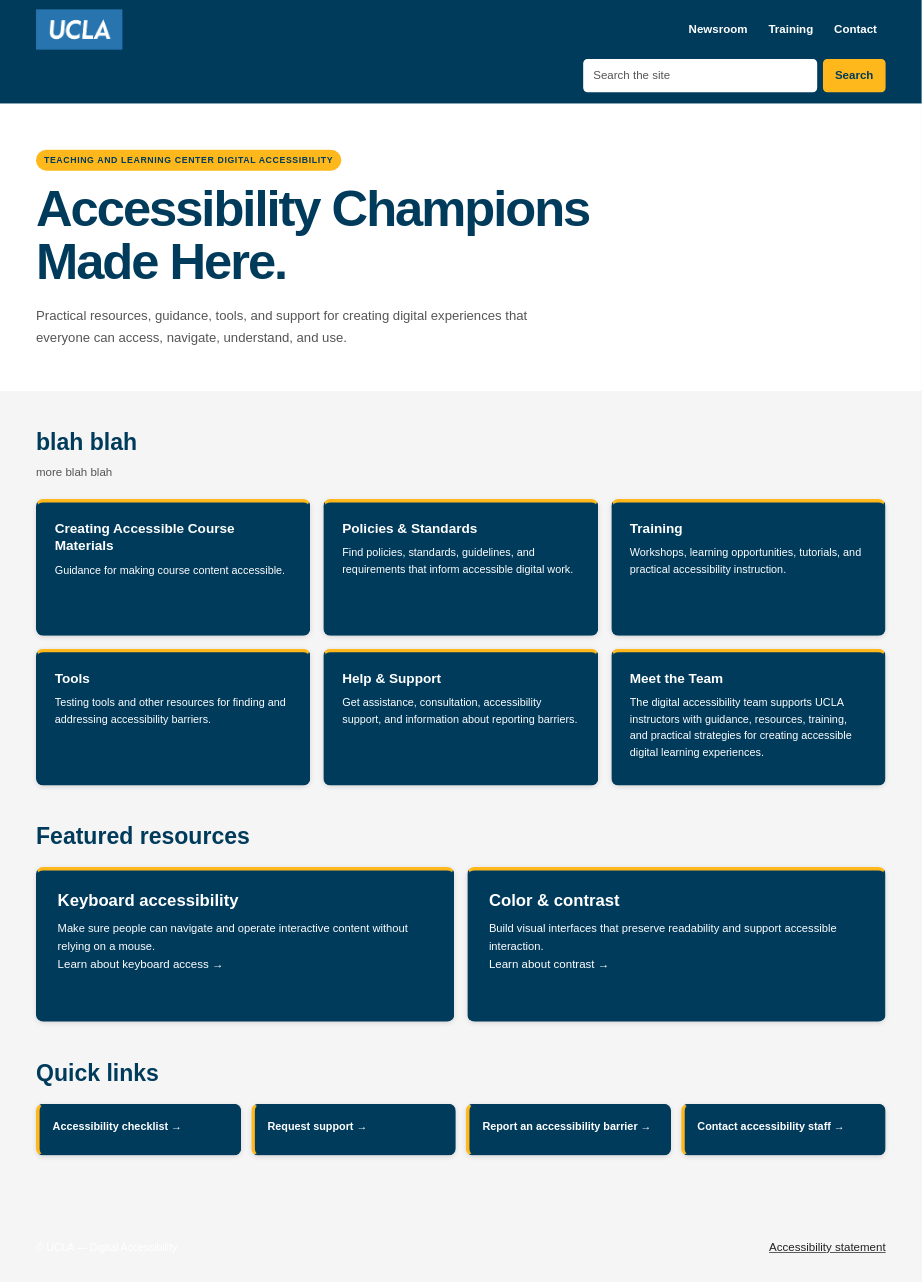
Repository: PSunnywell/UCLA-A11y-barrier-page
Page: index.html
The author's editor kept a copy of each file at every save. The page is drawn from the files as they stood at one save, then again after the next save.
The browser window is 1280 px wide. The pictures show the whole page, at 72% of full size.

Above is the page before, as saved 2026-10-13 15:54:50.
Not found: search.js

### index.html
<!DOCTYPE html>
<html lang="en">
<head>
  <meta charset="UTF-8">
  <meta name="viewport" content="width=device-width, initial-scale=1.0">
  <meta name="description" content="Use these resources to build accessible teaching and learning materials.">
  <title>Accessibility Resources</title>
  <link rel="stylesheet" href="styles.css">
</head>
<body>
  <a class="skip-link" href="#main-content">Skip to main content</a>

  <header class="site-header">
    <div class="header-inner">
      <a class="site-brand" href="ucla.edu" aria-label="UCLA home">
        <img class="site-brand-logo" src="images/logo_UCLA_blue_boxed.png" alt="UCLA">

      </a>
      <nav class="primary-nav" aria-label="Primary navigation">
        <ul>

          <li><a href="https://newsroom.ucla.edu/">Newsroom</a></li>
          <li><a href="training.html">Training</a></li>
          <li><a href="contact.html">Contact</a></li>
        </ul>
      </nav>
    </div>

    <div class="site-search-row">
      <search class="site-search" role="search">
        <form action="search.html" method="get">
          <label for="site-search-input">Search the site</label>
          <input id="site-search-input" name="q" type="search" placeholder="Search the site" autocomplete="off">
          <button type="submit">Search</button>
        </form>
      </search>
    </div>
  </header>


  <!-- =======================================================
       HERO
       ======================================================= -->

  <section class="hero" aria-labelledby="page-title">

    <div class="hero-inner">

      <span class="eyebrow">
        Teaching and Learning Center Digital Accessibility
      </span>

      <h1 id="page-title">
        Accessibility Champions Made Here.
      </h1>

      <p>
        Practical resources, guidance, tools, and support
        for creating digital experiences that everyone can
        access, navigate, understand, and use.
      </p>

    </div>

  </section>


  <!-- =======================================================
       MAIN
       ======================================================= -->

  <main id="main-content">


    <!-- =====================================================
         PRIMARY RESOURCE CARDS
         ===================================================== -->

    <section aria-labelledby="resources-heading">

      <div class="section-heading">

        <h2 id="resources-heading">
          blah blah
        </h2>

        <p>
         more blah blah
        </p>

      </div>


      <div class="card-grid">

        <!-- CARD 1 -->
        <a
          class="resource-card is-dark"
          href="accessible-course-materials1004.html"
        >
          <h3>
            Creating Accessible Course Materials
          </h3>

          <p>
            Guidance for making course content accessible.
          </p>
        </a>



        <!-- CARD 2 -->
        <a
          class="resource-card is-dark"
          href="policies.html"
        >

          <h3>
            Policies & Standards
          </h3>

          <p>
            Find policies, standards, guidelines, and
            requirements that inform accessible digital work.
          </p>
        </a>


        <!-- CARD 3 -->
        <a
          class="resource-card is-dark"
          href="training.html"
        >
          <h3>
            Training
          </h3>

          <p>
            Workshops, learning opportunities, tutorials,
            and practical accessibility instruction.
          </p>
        </a>


        <!-- CARD 4 -->
        <a
          class="resource-card is-dark"
          href="tools.html"
        >
          <h3>
            Tools
          </h3>

          <p>
            Testing tools and other resources for finding
            and addressing accessibility barriers.
          </p>
        </a>


        <!-- CARD 5 -->
        <a
          class="resource-card is-dark"
          href="support.html" >
          <h3>
            Help & Support
          </h3>

          <p>
            Get assistance, consultation, accessibility
            support, and information about reporting barriers.
          </p>
        </a>

         <!-- CARD 6 -->
        <a
          class="resource-card is-dark"
          href="meet-the-team-wide-cards.html"
        >
          <h3>
            Meet the Team
          </h3>

          <p>
            The digital accessibility team supports UCLA instructors with guidance, resources, training, and practical strategies for creating accessible digital learning experiences.
          </p>
        </a>



      </div>

    </section>
<br>
<br>

    <!-- =====================================================
         FEATURED CONTENT
         ===================================================== -->

    <section aria-labelledby="featured-heading">

      <div class="section-heading">

        <h2 id="featured-heading">
          Featured resources
        </h2>

      </div>


      <div class="feature-grid">


        <a
          class="feature-card blue"
          href="keyboard-accessibility.html"
        >

          <h3>
            Keyboard accessibility
          </h3>

          <p>
            Make sure people can navigate and operate
            interactive content without relying on a mouse.
          </p>

          <span class="card-arrow" aria-hidden="true">
            Learn about keyboard access →
          </span>

        </a>


        <a
          class="feature-card gold"
          href="color-contrast.html"
        >

          <h3>
            Color & contrast
          </h3>

          <p>
            Build visual interfaces that preserve
            readability and support accessible interaction.
          </p>

          <span class="card-arrow" aria-hidden="true">
            Learn about contrast →
          </span>

        </a>

      </div>

    </section>
<br>
<br>

    <!-- =====================================================
         QUICK LINKS
         ===================================================== -->

    <section aria-labelledby="quick-heading">

      <div class="section-heading">

        <h2 id="quick-heading">
          Quick links
        </h2>

      </div>


      <div class="quick-links">

        <a
          class="quick-link"
          href="checklist.html"
        >
          Accessibility checklist →
        </a>

        <a
          class="quick-link"
          href="request-support.html"
        >
          Request support →
        </a>

        <a
          class="quick-link"
          href="report-barrier.html"
        >
          Report an accessibility barrier →
        </a>

        <a
          class="quick-link"
          href="contact.html"
        >
          Contact accessibility staff →
        </a>

      </div>

    </section>

  </main>


  <!-- =======================================================
       FOOTER
       ======================================================= -->

  <footer>

    <div class="footer-inner">

      <p>
        © UCLA — Digital Accessibility
      </p>

      <a
        class="footer-link"
        href="accessibility.html"
      >
        Accessibility statement
      </a>

    </div>

  </footer>

<script src="search.js" defer></script>
</body>
</html>

### styles.css
:root{--dark-blue:#003B5C;--gold:#FFB81C;--white:#FFFFFF;--page-background:#F5F5F5;--dark-text:#222;--muted-text:#555;--max-width:1180px;--radius:10px;--shadow:0 2px 8px rgba(0,0,0,.12);--shadow-hover:0 8px 22px rgba(0,0,0,.20);--transition:160ms ease}
*,*::before,*::after{box-sizing:border-box}html{scroll-behavior:smooth}body{margin:0;font-family:Arial,Helvetica,sans-serif;background:var(--page-background);color:var(--dark-text);font-size:16px;line-height:1.6}a{color:inherit}
.skip-link{position:absolute;top:-100px;left:20px;z-index:99999;padding:12px 18px;background:#003B5C;color:#fff;border:3px solid #FFB81C;border-radius:0 0 6px 6px;font-weight:700;text-decoration:none}.skip-link:focus{top:0}:focus-visible{outline:4px solid #FFB81C;outline-offset:4px}
.site-header{background:#003B5C;color:#fff}.header-inner{width:min(calc(100% - 48px),var(--max-width));min-height:82px;margin:0 auto;display:flex;align-items:center;justify-content:space-between;gap:30px}.site-brand{display:inline-flex;align-items:center;gap:14px;color:#fff;text-decoration:none}.site-brand-mark{display:grid;place-items:center;min-width:62px;min-height:44px;padding:7px 10px;background:#FFB81C;color:#003B5C;border-radius:4px;font-weight:900;font-size:.95rem}.site-brand-text{display:flex;flex-direction:column;font-weight:800;font-size:1.25rem;line-height:1.15}.site-brand-text small{margin-top:4px;font-size:1rem;font-weight:400;color:#fff}
.primary-nav ul{display:flex;align-items:center;flex-wrap:wrap;gap:5px;margin:0;padding:0;list-style:none}.primary-nav a{display:block;padding:9px 12px;color:#fff;font-size:1rem;font-weight:700;text-decoration:none;border-radius:6px}.primary-nav a:hover{text-decoration:underline;text-decoration-thickness:2px;text-underline-offset:4px}
.hero{background:#fff}.hero-inner{width:min(calc(100% - 48px),var(--max-width));margin:0 auto;padding:64px 0 58px}.eyebrow{display:inline-block;margin-bottom:16px;padding:5px 11px;background:#FFB81C;color:#003B5C;border-radius:999px;font-size:.76rem;font-weight:900;letter-spacing:.07em;text-transform:uppercase}.hero h1{max-width:850px;margin:0;color:#003B5C;font-size:clamp(2.35rem,6vw,4.4rem);line-height:1.05;letter-spacing:-.04em}.hero p{max-width:750px;margin:22px 0 0;color:#555;font-size:1.14rem;line-height:1.7}
main{width:min(calc(100% - 48px),var(--max-width));margin:0 auto;padding:52px 0 80px}.content-section{margin-bottom:60px}.content-section:last-child{margin-bottom:0}.section-heading{margin-bottom:24px}.section-heading h2{margin:0;color:#003B5C;font-size:2rem;line-height:1.2}.section-heading p{max-width:760px;margin:10px 0 0;color:#555;font-size:1rem}
.card-grid{display:grid;grid-template-columns:repeat(3,minmax(0,1fr));gap:18px}.resource-card,.feature-card,.quick-link,.support-banner{background-color:#003B5C;color:#fff}.resource-card{display:flex;flex-direction:column;min-height:190px;padding:24px;border:2px solid #003B5C;border-top:5px solid #FFB81C;border-radius:10px;text-decoration:none;box-shadow:var(--shadow);transition:transform var(--transition),box-shadow var(--transition),border-color var(--transition)}.resource-card:hover,.feature-card:hover,.quick-link:hover{background-color:#003B5C;color:#fff;border-color:#FFB81C;transform:translateY(-3px);box-shadow:var(--shadow-hover)}.resource-card:focus-visible,.feature-card:focus-visible,.quick-link:focus-visible{background-color:#003B5C;color:#fff;outline:4px solid #FFB81C;outline-offset:5px;border-color:#FFB81C}.card-icon{display:grid;place-items:center;width:42px;height:42px;margin-bottom:17px;background:#FFB81C;color:#003B5C;border-radius:7px;font-size:1.15rem;font-weight:900;line-height:1}.resource-card h3{margin:0;color:#fff !important;font-size:1.18rem;line-height:1.3}.resource-card p{margin:9px 0 0;color:#fff !important;font-size:.94rem;line-height:1.55}
.feature-grid{display:grid;grid-template-columns:repeat(2,minmax(0,1fr));gap:18px}.feature-card{display:flex;flex-direction:column;min-height:215px;padding:28px;border:2px solid #003B5C;border-top:5px solid #FFB81C;border-radius:10px;text-decoration:none;box-shadow:var(--shadow);transition:transform var(--transition),box-shadow var(--transition),border-color var(--transition)}.feature-label{display:inline-block;align-self:flex-start;margin-bottom:17px;padding:4px 9px;background:#FFB81C;color:#003B5C;border-radius:999px;font-size:.72rem;font-weight:900;letter-spacing:.05em;text-transform:uppercase}.feature-card h3{margin:0;color:#fff !important;font-size:1.45rem;line-height:1.25}.feature-card p{max-width:650px;margin:11px 0 0;color:#fff !important;font-size:.97rem;line-height:1.6}
.quick-links{display:grid;grid-template-columns:repeat(4,minmax(0,1fr));gap:14px}.quick-link{display:block;min-height:72px;padding:17px 18px;border:2px solid #003B5C;border-left:5px solid #FFB81C;border-radius:10px;font-size:.94rem;font-weight:750;text-decoration:none;box-shadow:var(--shadow);transition:transform var(--transition),box-shadow var(--transition),border-color var(--transition)}
.support-banner{display:flex;align-items:center;justify-content:space-between;gap:30px;padding:30px;border-top:5px solid #FFB81C;border-radius:10px;box-shadow:var(--shadow)}.support-banner-text{max-width:700px}.support-banner h2{margin:0;color:#fff;font-size:1.5rem;line-height:1.25}.support-banner p{margin:10px 0 0;color:#fff;font-size:.96rem}.support-button{display:inline-block;flex:0 0 auto;padding:12px 18px;background:#FFB81C;color:#003B5C;border:3px solid #FFB81C;border-radius:6px;font-weight:900;text-decoration:none}.support-button:hover{background:#fff;color:#003B5C}
.page-hero{background:#003B5C;color:#fff}.page-hero-inner{width:min(calc(100% - 48px),var(--max-width));margin:0 auto;padding:42px 0}.page-hero .eyebrow{margin-bottom:12px}.page-hero h1{max-width:850px;margin:0;color:#fff;font-size:clamp(2rem,4vw,3.4rem);line-height:1.1}.page-hero p{max-width:760px;margin:12px 0 0;color:#fff;font-size:1.05rem}
.breadcrumbs{margin-bottom:22px;font-size:.9rem;color:#fff}.breadcrumbs a{color:#fff;text-underline-offset:3px}.topic-grid{display:grid;grid-template-columns:repeat(5,minmax(0,1fr));gap:16px}.topic-card{display:flex;flex-direction:column;min-height:175px;padding:20px;background:#003B5C;color:#fff;border:2px solid #003B5C;border-top:5px solid #FFB81C;border-radius:10px;text-decoration:none;box-shadow:var(--shadow);transition:transform var(--transition),box-shadow var(--transition),border-color var(--transition)}.topic-card:hover{background:#003B5C;color:#fff;border-color:#FFB81C;transform:translateY(-3px);box-shadow:var(--shadow-hover)}.topic-card:focus-visible{background:#003B5C;color:#fff;outline:4px solid #FFB81C;outline-offset:5px;border-color:#FFB81C}.topic-card h3{margin:0;color:#fff;font: size 1.5rem;line-height:1.3}.topic-card p{margin:9px 0 0;color:#fff;font-size:.88rem;line-height:1.5}.topic-card .card-icon{margin-bottom:14px}
.prose{max-width:820px}.prose p{margin:0 0 18px}.callout{margin-top:28px;padding:22px;background:#fff;border-left:5px solid #FFB81C;border-radius:8px}
.site-footer{background:#003B5C;color:#fff;border-top:5px solid #FFB81C}.footer-inner{width:min(calc(100% - 48px),var(--max-width));margin:0 auto;padding:35px 0;display:flex;align-items:center;justify-content:space-between;gap:30px}.footer-inner p{margin:0;color:#fff;font-size:.9rem}.footer-nav ul{display:flex;flex-wrap:wrap;gap:18px;margin:0;padding:0;list-style:none}.footer-nav a{color:#fff;font-size:.9rem;font-weight:700;text-underline-offset:3px}
@media(max-width:1100px){.topic-grid{grid-template-columns:repeat(3,minmax(0,1fr))}}@media(max-width:900px){.header-inner{padding:18px 0;align-items:flex-start;flex-direction:column;gap:14px}.card-grid{grid-template-columns:repeat(2,minmax(0,1fr))}.quick-links{grid-template-columns:repeat(2,minmax(0,1fr))}.support-banner{align-items:flex-start;flex-direction:column}.topic-grid{grid-template-columns:repeat(2,minmax(0,1fr))}}@media(max-width:650px){.header-inner,.hero-inner,main,.footer-inner,.page-hero-inner{width:min(calc(100% - 32px),var(--max-width))}.hero-inner{padding:46px 0 44px}main{padding:42px 0 60px}.card-grid,.feature-grid,.quick-links,.topic-grid{grid-template-columns:1fr}.resource-card{min-height:180px}.feature-card{min-height:195px}.footer-inner{align-items:flex-start;flex-direction:column}}
@media(prefers-reduced-motion:reduce){html{scroll-behavior:auto}*,*::before,*::after{transition:none!important;animation:none!important}.resource-card:hover,.feature-card:hover,.quick-link:hover,.topic-card:hover{transform:none}}
@media(forced-colors:active){.resource-card,.feature-card,.quick-link,.support-banner,.topic-card{border:2px solid CanvasText}.card-icon,.feature-label,.support-button{border:2px solid CanvasText}}

/* Training options */
.training-options{background:#fff}.training-options-inner{width:min(calc(100% - 48px),var(--max-width));margin:0 auto;padding:36px 0}.training-options h2{margin:0 0 18px;color:#003B5C;font-size:1.75rem;line-height:1.2}.training-options-grid{display:grid;grid-template-columns:repeat(2,minmax(0,1fr));gap:18px}.training-option-card{display:flex;align-items:center;min-height:110px;padding:24px;background:#003B5C;color:#fff;border:2px solid #003B5C;border-top:5px solid #FFB81C;border-radius:10px;text-decoration:none;box-shadow:var(--shadow);transition:transform var(--transition),box-shadow var(--transition),border-color var(--transition)}.training-option-card h3{margin:0;color:#fff;font-size:1.2rem;line-height:1.3}.training-option-card:hover{background:#003B5C;color:#fff;border-color:#FFB81C;transform:translateY(-3px);box-shadow:var(--shadow-hover)}.training-option-card:focus-visible{background:#003B5C;color:#fff;outline:4px solid #FFB81C;outline-offset:5px;border-color:#FFB81C}@media(max-width:650px){.training-options-inner{width:min(calc(100% - 32px),var(--max-width));padding:28px 0}.training-options-grid{grid-template-columns:1fr}}@media(prefers-reduced-motion:reduce){.training-option-card:hover{transform:none}}


/* =========================================================
   SITE SEARCH
   ========================================================= */
.site-search-row {
  width: min(calc(100% - 48px), var(--max-width));
  margin: 0 auto;
  padding: 0 0 16px;
  display: flex;
  justify-content: flex-end;
  align-items: center;
}

.site-search {
  width: 420px;
  max-width: 100%;
  margin-left: auto;
}

.site-search form {
  display: flex;
  justify-content: flex-end;
  align-items: center;
  gap: 8px;
  width: 100%;
  margin: 0;
}

.site-search label {
  position: absolute;
  width: 1px;
  height: 1px;
  padding: 0;
  margin: -1px;
  overflow: hidden;
  clip: rect(0, 0, 0, 0);
  white-space: nowrap;
  border: 0;
}

.site-search input {
  flex: 1 1 auto;
  min-width: 0;
  min-height: 42px;
  padding: 8px 12px;
  border: 2px solid #FFFFFF;
  border-radius: 6px;
  background: #FFFFFF;
  color: #222222;
  font: inherit;
}

.site-search input::placeholder {
  color: #555555;
  opacity: 1;
}

.site-search button {
  flex: 0 0 auto;
  min-height: 42px;
  padding: 8px 15px;
  border: 2px solid #FFB81C;
  border-radius: 6px;
  background: #FFB81C;
  color: #003B5C;
  font: inherit;
  font-weight: 800;
  cursor: pointer;
}

.site-search button:hover {
  background: #FFFFFF;
  border-color: #FFFFFF;
  color: #003B5C;
}

.site-search input:focus-visible,
.site-search button:focus-visible {
  outline: 4px solid #FFB81C;
  outline-offset: 3px;
}

/* =========================================================
   COURSE MATERIALS - TRUE TWO-COLUMN FILTER + RESULTS
   ========================================================= */
.course-materials-layout {
  display: grid;
  grid-template-columns: 280px minmax(0, 1fr);
  gap: 32px;
  align-items: start;
  width: 100%;
}

.course-materials-filters {
  grid-column: 1;
  grid-row: 1;
  width: 100%;
  min-width: 0;
  align-self: start;
  position: sticky;
  top: 20px;
  padding: 20px;
  background: #FFFFFF;
  border: 1px solid #D9D9D9;
  border-radius: 10px;
  box-shadow: var(--shadow);
}

.course-materials-results {
  grid-column: 2;
  grid-row: 1;
  min-width: 0;
}

.course-materials-results .section-heading {
  margin-top: 0;
}

.course-materials-filter-header {
  display: flex;
  align-items: center;
  justify-content: space-between;
  gap: 12px;
  margin: 0 0 18px;
  padding: 0 0 14px;
  border-bottom: 2px solid #D9D9D9;
}

.course-materials-filter-header h3 {
  margin: 0;
  color: #003B5C;
  font-size: 1.2rem;
  line-height: 1.25;
}

.filter-clear-all,
.filter-clear-group {
  padding: 3px 6px;
  border: 0;
  background: transparent;
  color: #003B5C;
  font: inherit;
  font-size: .82rem;
  font-weight: 800;
  text-decoration: underline;
  text-underline-offset: 3px;
  cursor: pointer;
}

.filter-clear-all:hover,
.filter-clear-group:hover {
  text-decoration-thickness: 2px;
}

.filter-clear-all:focus-visible,
.filter-clear-group:focus-visible {
  outline: 3px solid #FFB81C;
  outline-offset: 3px;
}

.course-filter-group {
  min-width: 0;
  margin: 0 0 22px;
  padding: 0 0 18px;
  border: 0;
  border-bottom: 1px solid #D9D9D9;
}

.course-filter-group:last-child {
  margin-bottom: 0;
  padding-bottom: 0;
  border-bottom: 0;
}

.course-filter-group-heading {
  display: flex;
  align-items: baseline;
  justify-content: space-between;
  gap: 10px;
  margin-bottom: 8px;
}

.course-filter-group legend {
  padding: 0;
  color: #003B5C;
  font-size: 1rem;
  font-weight: 800;
}

.course-filter-options {
  display: grid;
  gap: 0;
}

.course-filter-option {
  display: grid;
  grid-template-columns: 18px minmax(0, 1fr);
  align-items: start;
  gap: 9px;
  padding: 6px 0;
  color: #222222;
  font-size: .91rem;
  line-height: 1.35;
  cursor: pointer;
}

.course-filter-option input {
  width: 18px;
  height: 18px;
  margin: 1px 0 0;
  accent-color: #003B5C;
}

.course-filter-option input:focus-visible {
  outline: 3px solid #FFB81C;
  outline-offset: 2px;
}

.course-materials-results .filter-status {
  margin: 0 0 16px;
  color: #555555;
  font-size: .92rem;
}

.course-materials-results .topic-grid {
  margin-top: 0;
  grid-template-columns: repeat(2, minmax(0, 1fr));
}

.course-materials-results .topic-card[hidden] {
  display: none;
}

@media (max-width: 1000px) {
  .course-materials-layout {
    grid-template-columns: 250px minmax(0, 1fr);
    gap: 24px;
  }
}

@media (max-width: 900px) {
  .site-search-row {
    width: min(calc(100% - 48px), var(--max-width));
  }

  .course-materials-layout {
    grid-template-columns: 1fr;
  }

  .course-materials-filters,
  .course-materials-results {
    grid-column: 1;
    grid-row: auto;
  }

  .course-materials-filters {
    position: static;
  }
}

@media (max-width: 650px) {
  .site-search-row {
    width: min(calc(100% - 32px), var(--max-width));
    padding-bottom: 16px;
  }

  .site-search {
    width: 100%;
  }

  .site-search form {
    gap: 6px;
  }

  .site-search button {
    padding-inline: 12px;
  }

  .course-materials-filters {
    padding: 18px;
  }

  .course-materials-results .topic-grid {
    grid-template-columns: 1fr;
  }
}


/* UCLA logo in shared site header */
.site-brand-logo{display:block;width:120px;height:auto;flex:0 0 auto}

After the next save:
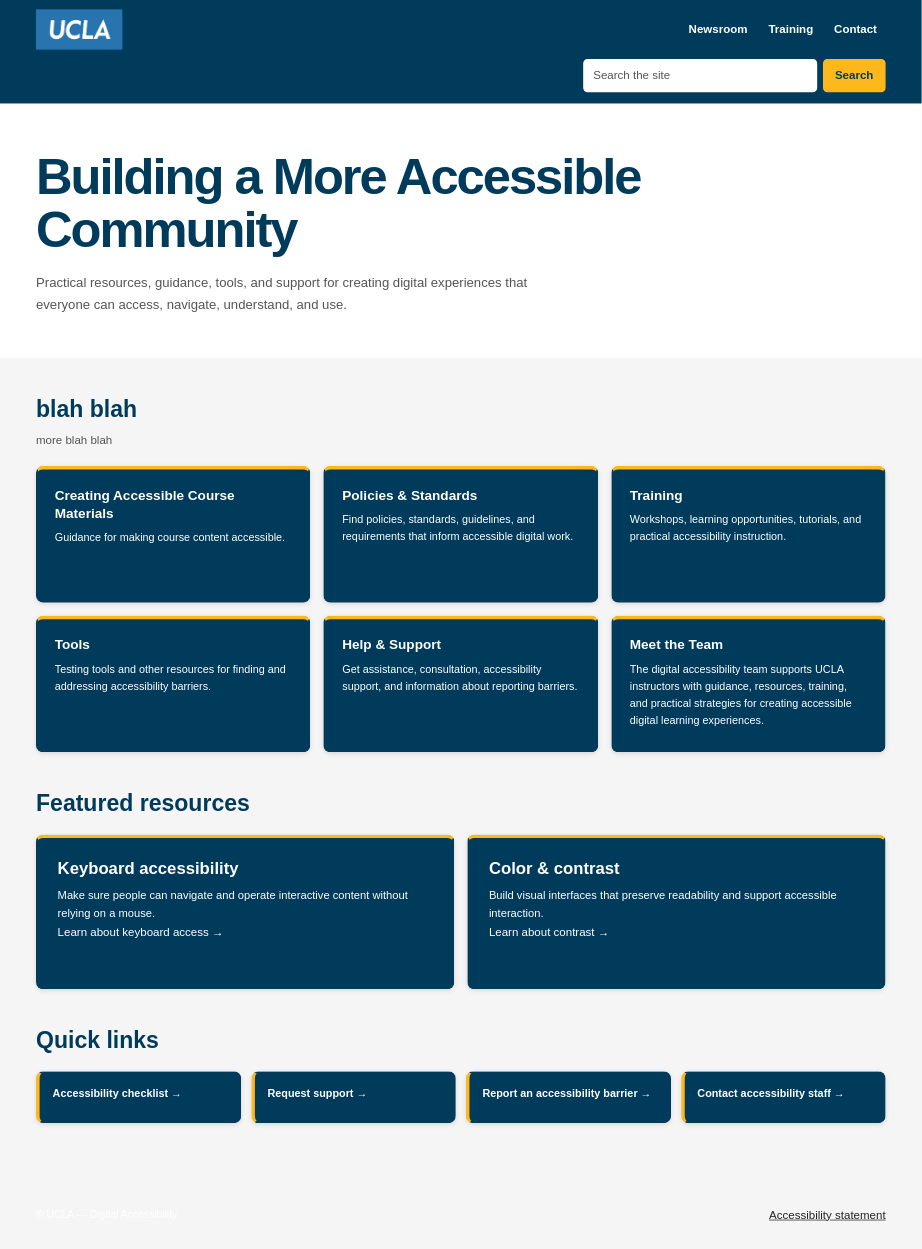
Saved 102 s later.
--- a/index.html
+++ b/index.html
@@ -46,12 +46,8 @@
 
     <div class="hero-inner">
 
-      <span class="eyebrow">
-        Teaching and Learning Center Digital Accessibility
-      </span>
-
-      <h1 id="page-title">
-        Accessibility Champions Made Here.
+            <h1 id="page-title">
+       Building a More Accessible Community
       </h1>
 
       <p>
